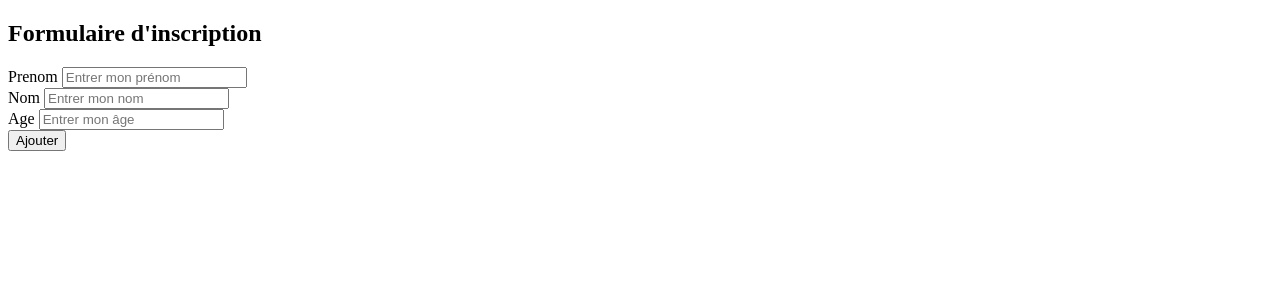
Repository: JohanVairac/montpar-architectureJEE
Page: architectureJEE/WebContent/WEB-INF/personne.html
These files come from the project's save history. The page is drawn as it stood at one moment and after the next save; the edit follows.
The browser window is 1280 px wide. The pictures show the whole page.

Above is the page before, as saved 2019-04-11 08:13:59.

After the next save:
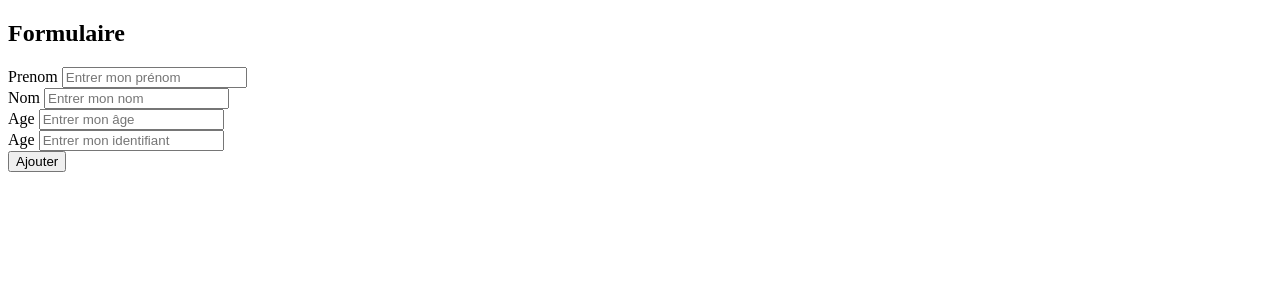
Saved 2 min 7 s later.
--- a/architectureJEE/WebContent/WEB-INF/personne.html
+++ b/architectureJEE/WebContent/WEB-INF/personne.html
@@ -6,7 +6,7 @@
 </head>
 <body>
 <section class="container">
-		<h1>Formulaire d'inscription</h1>
+		<h1>Formulaire</h1>
 		<div>
 			<form action="MaServletjsp">
 
@@ -25,13 +25,18 @@
 					<label for="age">Age</label>
 					<input id="age" placeholder="Entrer mon âge"  class="form-control" type="number" name="age" required />
 				</div>
+
+				<div class= "form-group row">
+					<label for="id">Age</label>
+					<input id="id" placeholder="Entrer mon identifiant"  class="form-control" type="number" name="id" required />
+				</div>
 		</div>
 				<div>
-                                <button type= "submit">Ajouter</button>
-                           </div>
+                    <button type= "submit">Ajouter</button>
+                </div>
 
-			  </form>
+			</form>
            </div>
-   </section>
+</section>
 </body>
 </html>
